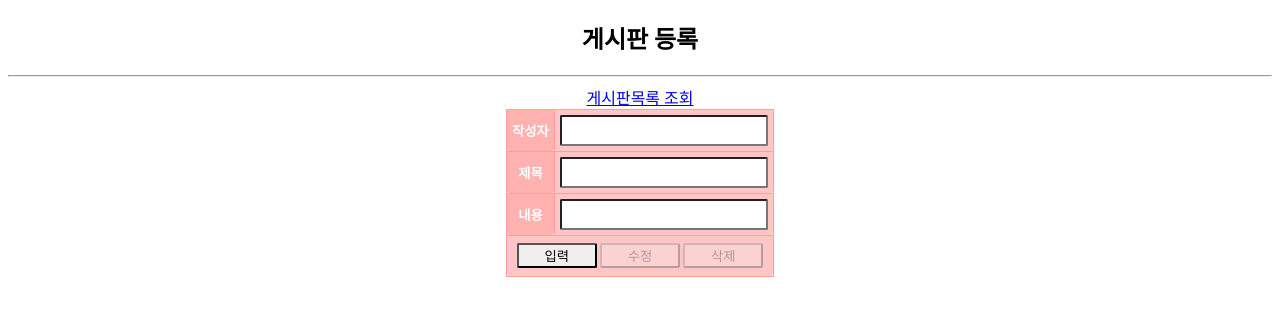
Repository: kwackchaelim/smyproject
Page: http://localhost/smyboarddemo/boarddemo/smyboard_control.jsp?action=add
An editor plug-in stored every save of this project. The page is shown before and after a run of saves, followed by the edit.
The browser window is 1280 px wide. The pictures show the whole page.
The page is served by Tomcat 9.

Above is the page before, as saved 2019-10-16 20:18:00.

After the next 2 saves:
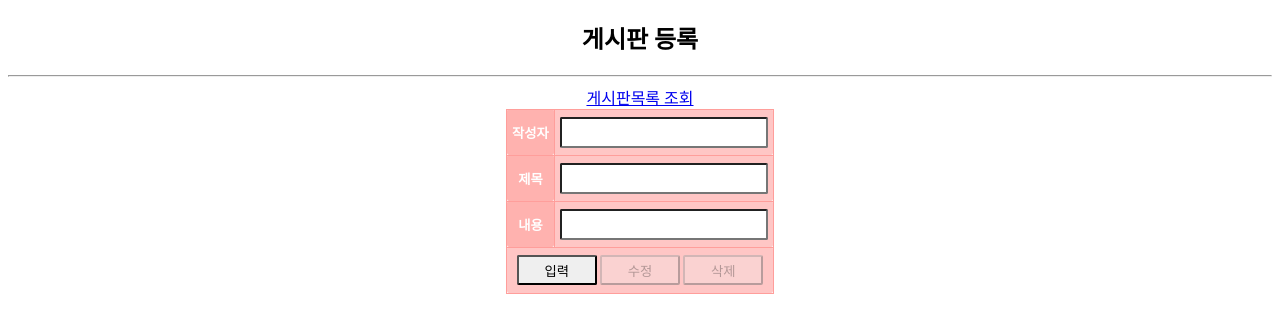
The 2 saves are shown as one change because they came seconds apart.
The last was saved 16 s later.
--- a/board/smyboarddemo/WebContent/boarddemo/smyboard.css
+++ b/board/smyboarddemo/WebContent/boarddemo/smyboard.css
@@ -11,7 +11,7 @@ td,th {
 	font-size: 10pt;
 	border: 1px solid #FF9E9B;
 	border-radius: 2px;
-	height: 30px;
+	height: 35px;
 	padding: 5px;
 }
 
@@ -36,6 +36,6 @@ input {
 
 input[type="submit"],[type="reset"],[type="button"] {
 	border-radius: 2px;
-	height: 25px;
+	height: 30px;
 	width:80px;
 }
